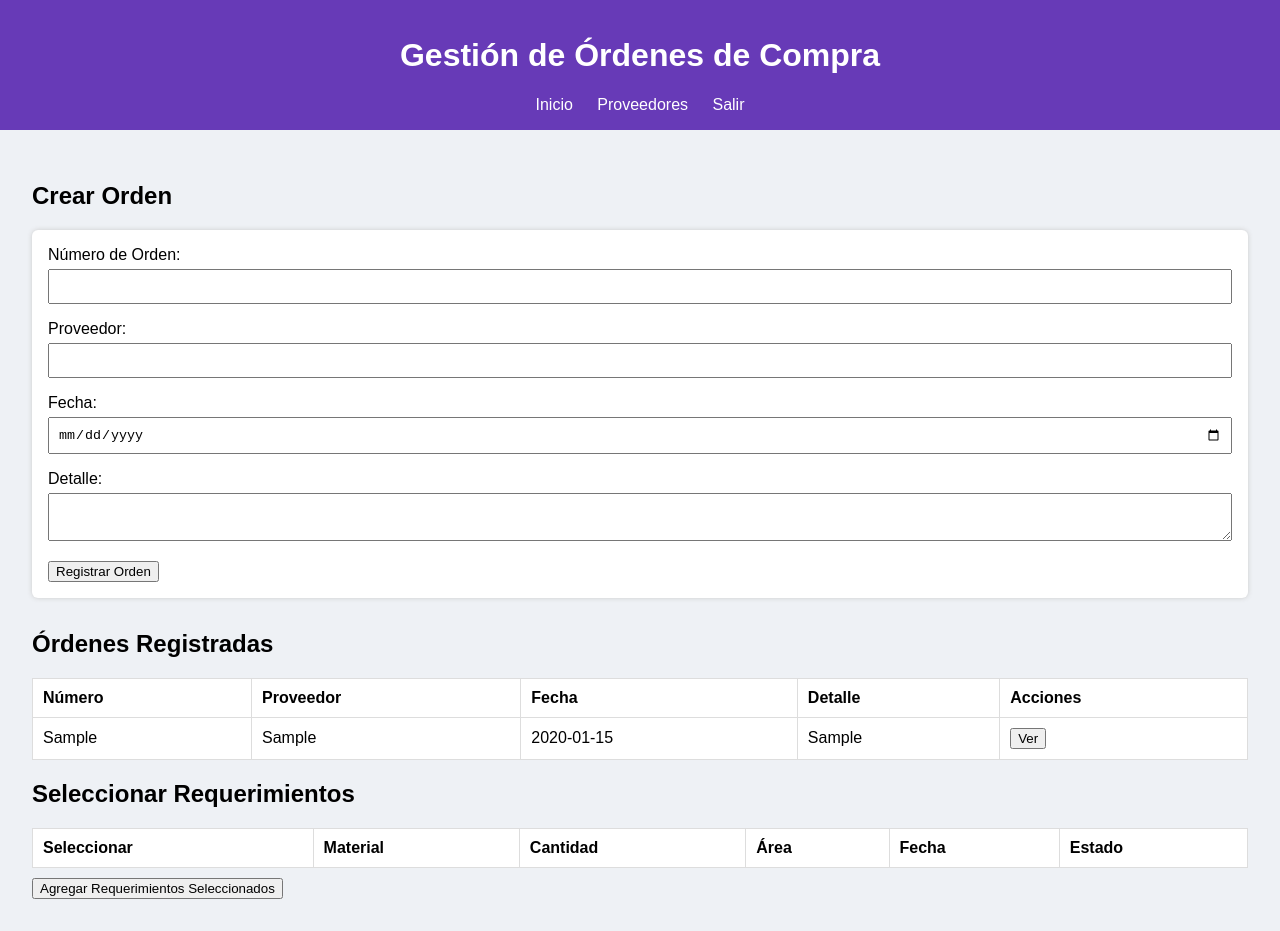
Repository: djkeviin/Mi-primera-chamba
Page: views/ordenes.html
An editor plug-in stored every save of this project. The page is shown before and after the next save, followed by the edit.
The browser window is 1280 px wide. The pictures show the whole page.
Empty fields were first filled with sample values (such as "Sample", 5 or name@example.com).
After loading, the first visible `#formOrden` was submitted once.

Above is the page before, as saved 2025-05-01 23:35:01.

After the next save:
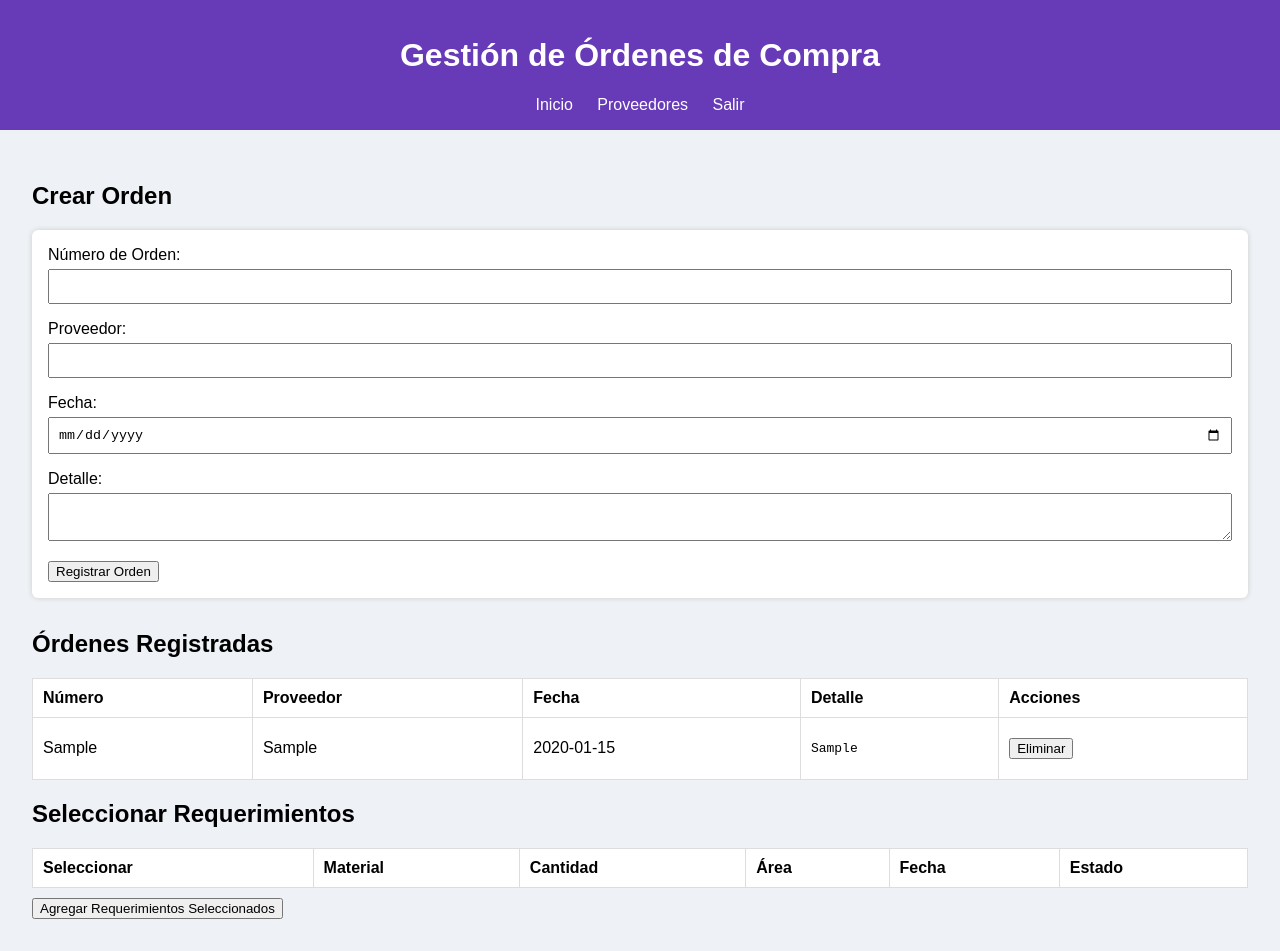
Saved 3 min 21 s later.
--- a/js/ordenes.js
+++ b/js/ordenes.js
@@ -1,90 +1,113 @@
 document.addEventListener("DOMContentLoaded", function () {
-    // Cargar los requerimientos en la tabla
+    mostrarOrdenes();
     cargarRequerimientos();
 
-    // Manejar el envío del formulario de orden de compra
+    // Registrar orden de compra
     document.getElementById("formOrden").addEventListener("submit", function (e) {
       e.preventDefault();
 
-      const numero = document.getElementById("numero").value;
-      const proveedor = document.getElementById("proveedor").value;
-      const fecha = document.getElementById("fecha").value;
-      const detalle = document.getElementById("detalle").value;
+      const numero = this.numero.value;
+      const proveedor = this.proveedor.value;
+      const fecha = this.fecha.value;
+      const detalle = this.detalle.value;
 
-      const orden = {
-        numero,
-        proveedor,
-        fecha,
-        detalle,
-        requerimientos: obtenerRequerimientosSeleccionados()
-      };
+      const nuevaOrden = { numero, proveedor, fecha, detalle };
 
       let ordenes = JSON.parse(localStorage.getItem("ordenes")) || [];
-      ordenes.push(orden);
+      ordenes.push(nuevaOrden);
       localStorage.setItem("ordenes", JSON.stringify(ordenes));
 
-      // Limpiar formulario
       this.reset();
+      mostrarOrdenes();
+    });
 
-      // Mostrar las ordenes registradas
-      mostrarOrdenes();
+    // Agregar requerimientos seleccionados al detalle de la orden
+    document.getElementById("btnAgregarRequerimientos").addEventListener("click", function () {
+      const requerimientos = obtenerRequerimientosSeleccionados();
+      if (requerimientos.length === 0) {
+        alert("Por favor selecciona al menos un requerimiento.");
+        return;
+      }
 
-      alert("Orden de compra registrada con éxito.");
+      let detalleTexto = "";
+      requerimientos.forEach((req, i) => {
+        detalleTexto += `Requerimiento ${i + 1}:\n`;
+        detalleTexto += `- Material: ${req.material}\n`;
+        detalleTexto += `- Cantidad: ${req.cantidad}\n`;
+        detalleTexto += `- Área: ${req.area}\n`;
+        detalleTexto += `- Fecha: ${req.fecha}\n`;
+        detalleTexto += `- Estado: ${req.estado}\n\n`;
+      });
+
+      document.querySelector("textarea[name='detalle']").value = detalleTexto;
     });
   });
 
+  // Mostrar órdenes guardadas
+  function mostrarOrdenes() {
+    const tabla = document.getElementById("tablaOrdenes");
+    tabla.innerHTML = "";
+
+    const ordenes = JSON.parse(localStorage.getItem("ordenes")) || [];
+
+    ordenes.forEach((orden, index) => {
+      const fila = document.createElement("tr");
+
+      fila.innerHTML = `
+        <td>${orden.numero}</td>
+        <td>${orden.proveedor}</td>
+        <td>${orden.fecha}</td>
+        <td><pre>${orden.detalle}</pre></td>
+        <td><button onclick="eliminarOrden(${index})">Eliminar</button></td>
+      `;
+
+      tabla.appendChild(fila);
+    });
+  }
+
+  // Eliminar una orden
+  function eliminarOrden(index) {
+    let ordenes = JSON.parse(localStorage.getItem("ordenes")) || [];
+    ordenes.splice(index, 1);
+    localStorage.setItem("ordenes", JSON.stringify(ordenes));
+    mostrarOrdenes();
+  }
+
+  // Cargar requerimientos en la tabla con checkbox
   function cargarRequerimientos() {
+    const tabla = document.getElementById("tablaRequerimientos");
+    tabla.innerHTML = "";
+
     const requerimientos = JSON.parse(localStorage.getItem("requerimientos")) || [];
-    const tablaRequerimientos = document.getElementById("tablaRequerimientos");
-    tablaRequerimientos.innerHTML = "";
 
     requerimientos.forEach((req, index) => {
       const fila = document.createElement("tr");
+
       fila.innerHTML = `
-        <td><input type="checkbox" data-index="${index}"></td>
+        <td><input type="checkbox" class="chkRequerimiento" data-index="${index}"></td>
         <td>${req.material}</td>
         <td>${req.cantidad}</td>
         <td>${req.area}</td>
         <td>${req.fecha}</td>
         <td>${req.estado}</td>
       `;
-      tablaRequerimientos.appendChild(fila);
+
+      tabla.appendChild(fila);
     });
   }
 
-  // Obtener los requerimientos seleccionados
+  // Obtener requerimientos seleccionados
   function obtenerRequerimientosSeleccionados() {
+    const checkboxes = document.querySelectorAll(".chkRequerimiento:checked");
+    const requerimientos = JSON.parse(localStorage.getItem("requerimientos")) || [];
     const seleccionados = [];
-    const checkboxes = document.querySelectorAll("#tablaRequerimientos input[type='checkbox']:checked");
-    checkboxes.forEach(checkbox => {
-      const index = checkbox.getAttribute("data-index");
-      const requerimientos = JSON.parse(localStorage.getItem("requerimientos"));
-      seleccionados.push(requerimientos[index]);
+
+    checkboxes.forEach(chk => {
+      const index = parseInt(chk.dataset.index);
+      if (!isNaN(index)) {
+        seleccionados.push(requerimientos[index]);
+      }
     });
+
     return seleccionados;
   }
-
-  function mostrarOrdenes() {
-    const tablaOrdenes = document.getElementById("tablaOrdenes");
-    tablaOrdenes.innerHTML = "";
-
-    const ordenes = JSON.parse(localStorage.getItem("ordenes")) || [];
-    ordenes.forEach(orden => {
-      const fila = document.createElement("tr");
-      fila.innerHTML = `
-        <td>${orden.numero}</td>
-        <td>${orden.proveedor}</td>
-        <td>${orden.fecha}</td>
-        <td>${orden.detalle}</td>
-        <td>
-          <button onclick="verOrden(${orden.numero})">Ver</button>
-        </td>
-      `;
-      tablaOrdenes.appendChild(fila);
-    });
-  }
-
-  function verOrden(numero) {
-    // Función para ver detalles de la orden si es necesario
-    alert(`Mostrando detalles de la orden: ${numero}`);
-  }
